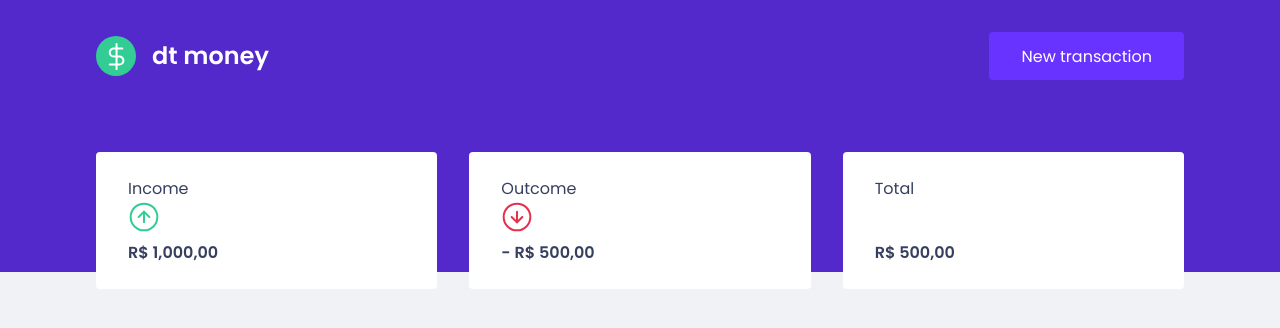
Repository: JoseGu1llardi/dtmoney
Page: /
The author's editor kept a copy of each file at every save. The page is drawn from the files as they stood at one save, then again after the next save.
The browser window is 1280 px wide. The pictures show the whole page.
The project was rebuilt for these pictures with package versions that can differ from the ones it lists, and the page was loaded fresh each time.

Above is the page before, as saved 2022-12-30 15:05:18.

### public/index.html
<!DOCTYPE html>
<html lang="en">
  <head>
    <link rel="preconnect" href="https://fonts.googleapis.com" />
    <link rel="preconnect" href="https://fonts.gstatic.com" crossorigin />

    <meta charset="utf-8" />
    <meta name="viewport" content="width=device-width, initial-scale=1" />

    <link
      href="https://fonts.googleapis.com/css2?family=Poppins:wght@400;600&display=swap"
      rel="stylesheet"
    />

    <link rel="shortcut icon" href="favicon.png" type="image/png" />

    <title>Guillardi Money</title>
  </head>
  <body>
    <noscript>You need to enable JavaScript to run this app.</noscript>
    <div id="root"></div>
  </body>
</html>

### src/index.tsx
import { StrictMode } from 'react';
import { createRoot } from 'react-dom/client';
import { App } from './App';

const root = createRoot(
  document.getElementById('root') as HTMLElement
);
root.render(
  <StrictMode>
    <App />
  </StrictMode>
);

### src/App.tsx
import { Dashboard } from "./components/Dashboard";
import { Header } from "./components/Header";

import { GlobalStyle } from "./styles/global";

export function App() {
  return (
    <>
      <Header />
      <Dashboard />
      <GlobalStyle />
    </>
  );
}

### src/components/Dashboard/index.tsx
import { Summary } from "../Summary";

import { Container } from "./styles";


export function Dashboard() {
    return (
        <Container>
            <Summary />
        </Container>
    )
}

### src/components/Header/index.tsx
import logoImg from '../../assets/logo.svg'
import { Container, Content } from './styles'

export function Header() {
    return (
        <Container>
            <Content>
                <img src={logoImg} alt="Logo Guillardi Money" />
                <button>
                    New transaction
                </button>
            </Content>
        </Container>
    )
}

### src/styles/global.ts
import { createGlobalStyle } from "styled-components";

export const GlobalStyle = createGlobalStyle`
    :root {
        --background: #F0F2F5;
        --red: #e52e4d;
        --blue: #5429cc;
        --green: #33cc95;

        --blue-light: #6933ff;

        --text-title: #363f5f;
        --text-body: #969cb3;

        --background: #f0f2f5;
        --shape: #ffffff;
    }

    * {
        margin: 0;
        padding: 0;
        box-sizing: border-box;
    }

    html {
        @media (max-width: 1080px) {
            font-size: 93.75%;

        @media (max-width: 720px) {
            font-size: 87.5%;
        }
    }

    }

    body {
        background: var(--background);
        -webkit-font-smoothing: antialiased;
    }

    body, input, textarea, button {
        font-family: 'Poppins', sans-serif;
        font-weight: 400;
    }

    h1, h2, h3, h4, h5, h6, strong {
        font-weight: 600;
    }

    button {
        cursor: pointer;
    }

    [disabled] {
        opacity: 0.6;
        cursor: not-allowed;
    }
`;

### src/components/Summary/index.tsx
import { Container } from './styles';

import incomeImg from '../../assets/income.svg';
import outcomeImg from '../../assets/outcome.svg';
import totalImg from '../../assets/total.svg';

export function Summary() {
    return (
        <Container>
            <div>
                <header>
                    <p>Income</p>
                    <img src={incomeImg} alt="Logo income" />
                </header>
                <strong>R$ 1,000,00</strong>
            </div>

            <div>
                <header>
                    <p>Outcome</p>
                    <img src={outcomeImg} alt="Logo outcome" />
                </header>
                <strong>- R$ 500,00</strong>
            </div>

            <div>
                <header>
                    <p>Total</p>
                    <img src={totalImg} alt="Logo total" />
                </header>
                <strong>R$ 500,00</strong>
            </div>
        </Container>
    )
}

### src/components/Header/styles.ts
import styled from "styled-components";

export const Container = styled.header`
  background: var(--blue);
`;

export const Content = styled.div`
  max-width: 1120px;
  margin: 0 auto;

  padding: 2rem 1rem 12rem;
  display: flex;
  align-items: center;
  justify-content: space-between;

  button {
    font-size: 1rem;
    color: white;
    background: var(--blue-light);
    border: 0;
    padding: 0 2rem;
    border-radius: 0.25rem;
    height: 3rem;

    transition: filter 0.2s;

    &:hover {
      filter: brightness(0.9);
    }
  }
`;

### src/components/Summary/styles.ts
import styled from "styled-components";

export const Container = styled.div`
  display: grid;
  grid-template-columns: repeat(3, 1fr);
  gap: 2rem;
  margin-top: -10rem;

  div {
    background: var(--shape);
    padding: 1.5rem 2rem;
    border-radius: 0.25rem;
    color: var(--text-title);
  }
`;

Loaded but not shown: src/components/Dashboard/styles.ts (common file)

After the next save:
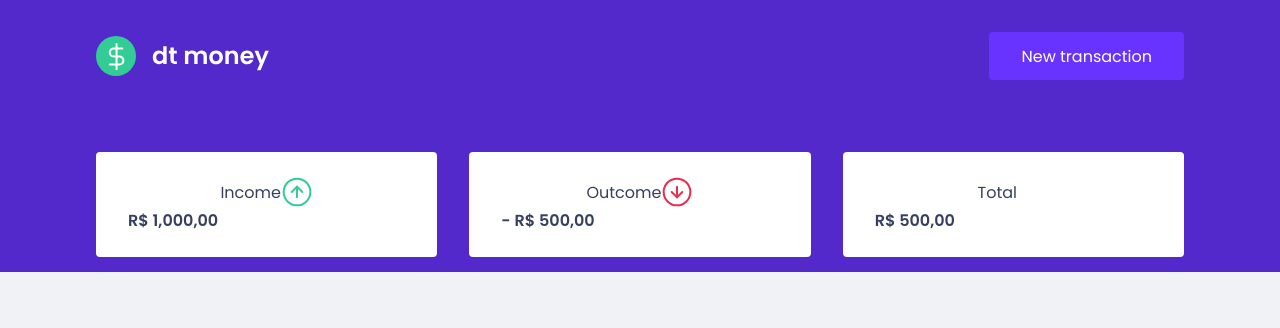
Saved 104 s later.
--- a/src/components/Summary/styles.ts
+++ b/src/components/Summary/styles.ts
@@ -11,5 +11,11 @@ export const Container = styled.div`
     padding: 1.5rem 2rem;
     border-radius: 0.25rem;
     color: var(--text-title);
+
+    header {
+      display: flex;
+      align-items: center;
+      justify-content: center;
+    }
   }
 `;
